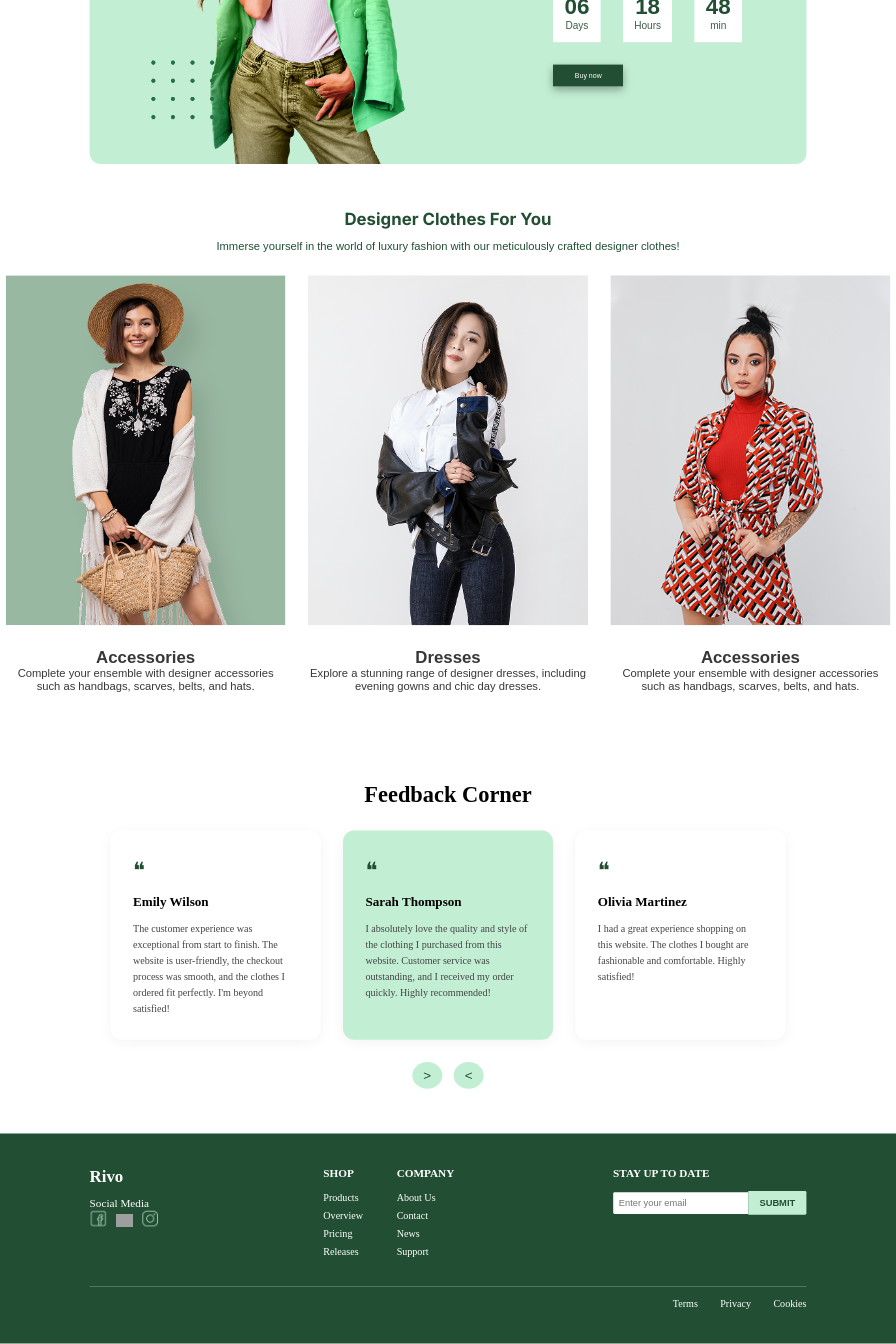
Repository: AdityaTech-Pro/FullStackWithBridgelabz
Page: Assignment6/Frontend-Dev-css/fashionWebsite/index.html
The author's editor kept a copy of each file at every save. The page is drawn from the files as they stood at one save, then again after a run of saves.
The browser window is 1280 px wide. The pictures show the part of the page from y = 3645 to 5565 px (the page is 5565 px tall), at 70% of full size.
Pictures or frames that could not be fetched are drawn as grey boxes.

Above is the page before, as saved 2025-11-04 10:32:19.

### Assignment6/Frontend-Dev-css/fashionWebsite/index.html
<!DOCTYPE html>
<html lang="en">

<head>
    <meta charset="UTF-8">
    <meta name="viewport" content="width=device-width, initial-scale=1.0">
    <title>Document</title>
    <link rel="stylesheet" href="./style.css">

    <!--  Roboto Slab-->
    <link rel="preconnect" href="https://fonts.googleapis.com">
    <link rel="preconnect" href="https://fonts.gstatic.com" crossorigin>
    <link href="https://fonts.googleapis.com/css2?family=Dancing+Script:wght@400..700&family=Inter:ital,opsz,wght@0,14..32,100..900;1,14..32,100..900&family=Michroma&family=Raleway:ital,wght@0,100..900;1,100..900&family=Roboto+Slab:wght@100..900&display=swap"
        rel="stylesheet">



</head>

<body>
    <section class="main-section">
        <nav class="nav-bar">
            <div style="font-family: Elephant; font-size:x-large;">
                Rivo</div>


            <div class="nav-list ">
                <div>
                    HOME
                </div>
                <div>
                    SHOP
                </div>
                <div>
                    FEATURE
                </div>
                <div>
                    CONTACT
                </div>
            </div>


            <div class="nav-buttons">
                <!-- image -->
                <div>
                    <img src="./Asset/Group 1@2x.png" alt="" width="32" height="32">
                </div>
                <button class="login">LOGIN</button>
            </div>
        </nav>
        <!-- left -->

        <div class="hero-section">
            <div class="left-box">
                <div>
                    <h1 style="font-size:50px; letter-spacing: 86;text-align: left; color: #224F34; font-family: Rufina;">Discover and Find Your Own Fashion!</h1>
                </div>
                <div>
                    <p style="line-height: 220%; width: 75%; color: #267D49; font-family: sans-serif;">
                        Explore our curated collection of stylish clothing and accessories tailored to your unique taste.</p>
                </div>
                <div>
                    <button class="explor-buttom">EXPLOR NOW</button>
                </div>
            </div>
            <!-- right -->
            <div class="image-box">
                <img class="dottop-img" src="./Asset/Group 38.png" alt="" width="80px">
                <img class="model-img" src="./Asset/pexels-dima-valkov-6402847 2.png" alt="">
                <img class="dot-img" src="./Asset/Group 38.png" alt="" width="80px">
            </div>

        </div>
    </section>

    <!-- cards collections -->
    <section class="card-section">
        <div class="card-heading">
            <h1 style="padding-bottom: 1rem; ">Best selling</h1>
            <p style="font-family: sans-serif ; color: #224F34;">Get in on the trend with our curated selection of best-selling styles.</p>
        </div>
        <!-- cards  -->
        <div class="all-cards">

            <div class="card">
                <div class="card-img">
                    <img src="./Asset/pexels-dima-valkov-6211621 1.png" style=" background-color: #99b8a2;" alt="">
                </div>
                <!-- info -->
                <div class="card-info">
                    <p>Regular Fit Long Sleeve Top</p>
                    <div style="display: flex; flex-direction: row; justify-content:center;gap:1rem ">
                        <p>$38.99</p>
                        <p>|</p>
                        <div>5.0
                            <img src="./Asset/fi-ss-star.png" alt="" width="14" ; height="14"></div>
                    </div>
                </div>
            </div>

            <div class="card">
                <div class="card-img">
                    <img src="./Asset/pexels-dima-valkov-6211616 (1) 2.png" style=" background-color: #A3CDB5;" alt="">
                </div>
                <!-- info -->
                <div class="card-info">
                    <p>Textured Sunset Shirt</p>
                    <div style="display: flex; flex-direction: row; justify-content:center;gap:1rem ">
                        <p>$49.99</p>
                        <p>|</p>
                        <div>5.0
                            <img src="./Asset/fi-ss-star.png" alt="" width="14" ; height="14"></div>
                    </div>
                </div>
            </div>

            <div class="card">
                <div class="card-img">
                    <img src="./Asset/pexels-dima-valkov-6503007 3.png" style=" background-color: #CBDED3;" alt="">
                </div>
                <!-- info -->
                <div class="card-info">
                    <p>Regular Fit Long Sleeve Top</p>
                    <div style="display: flex; flex-direction: row; justify-content:center;gap:1rem ">
                        <p>$62.99</p>
                        <p>|</p>
                        <div>4.5
                            <img src="/Asset/fi-ss-star.png" alt="" width="14" ; height="14"></div>
                    </div>
                </div>
            </div>
        </div>

        <div style="display: flex; justify-content: center; margin: 3rem;">
            <button class="card-buttom">see all
        <img src="/Asset/Line 2.png" alt=""
        width="10"
        height="5"
        >
    </button>
        </div>
    </section>

    <!-- allproducts list  -->

    <section style="padding-bottom: 6rem;">
        <div class="product-header">
            Our products
        </div>

        <div class="product-list" style="font-family: sans-serif;">
            <div>
                SALE
            </div>
            <div>
                HOT
            </div>
            <div>
                NEW ARRIVAlS
            </div>
            <div>
                ACCESSORIES
            </div>
        </div>
        <!-- all card colecton  -->

        <div class="product-card">
            <div class="pcard">
                <div class="pcard-img">
                    <img src="/Asset/models/pexels-dima-valkov-6402848 1.png" style=" background-color: #CBDED3;" alt="">
                </div>
                <!-- info -->
                <div class="pcard-info">
                    <p>Regular Fit Long Sleeve Top</p>
                    <div style="display: flex; flex-direction: row; justify-content:center;gap:1rem ">
                        <p>$62.99</p>
                        <p>|</p>
                        <div>4.5
                            <img src="/Asset/fi-ss-star.png" alt="" width="14" ; height="14"></div>
                    </div>
                </div>
            </div>

            <div class="pcard">
                <div class="pcard-img">
                    <img src="/Asset/models/pexels-heitor-verdi-7665789 2.png" style=" background-color: #EFF2F3; " alt="">
                </div>
                <!-- info -->
                <div class="pcard-info">
                    <p>Regular Fit Long Sleeve Top</p>
                    <div style="display: flex; flex-direction: row; justify-content:center;gap:1rem ">
                        <p>$62.99</p>
                        <p>|</p>
                        <div>4.5
                            <img src="/Asset/fi-ss-star.png" alt="" width="14" ; height="14"></div>
                    </div>
                </div>
            </div>

            <div class="pcard">
                <div class="pcard-img">
                    <img src="/Asset/models/Frame 4.png" style=" background-color: #CBDED3;" alt="">
                </div>
                <!-- info -->
                <div class="pcard-info">
                    <p>Regular Fit Long Sleeve Top</p>
                    <div style="display: flex; flex-direction: row; justify-content:center;gap:1rem ">
                        <p>$62.99</p>
                        <p>|</p>
                        <div>4.5
                            <img src="/Asset/fi-ss-star.png" alt="" width="14" ; height="14"></div>
                    </div>
                </div>
            </div>

            <div class="pcard">
                <div class="pcard-img">
                    <img src="/Asset/models/pexels-monstera-6311613 (1) 1.png" style=" background-color: #CBDED3;" alt="">
                </div>
                <!-- info -->
                <div class="pcard-info">
                    <p>Regular Fit Long Sleeve Top</p>
                    <div style="display: flex; flex-direction: row; justify-content:center;gap:1rem ">
                        <p>$62.99</p>
                        <p>|</p>
                        <div>4.5
                            <img src="/Asset/fi-ss-star.png" alt="" width="14" ; height="14"></div>
                    </div>
                </div>
            </div>

            <div class="pcard">
                <div class="pcard-img">
                    <img src="/Asset/models/pexels-dima-valkov-6211614 1.png" style=" background-color: #CBDED3;" alt="">
                </div>
                <!-- info -->
                <div class="pcard-info">
                    <p>Regular Fit Long Sleeve Top</p>
                    <div style="display: flex; flex-direction: row; justify-content:center;gap:1rem ">
                        <p>$62.99</p>
                        <p>|</p>
                        <div>4.5
                            <img src="/Asset/fi-ss-star.png" alt="" width="14" ; height="14"></div>
                    </div>
                </div>
            </div>

            <div class="pcard">
                <div class="pcard-img">
                    <img src="/Asset/models/pexels-dima-valkov-6402846 1.png" style=" background-color: #CBDED3;" alt="">
                </div>
                <!-- info -->
                <div class="pcard-info">
                    <p>Regular Fit Long Sleeve Top</p>
                    <div style="display: flex; flex-direction: row; justify-content:center;gap:1rem ">
                        <p>$62.99</p>
                        <p>|</p>
                        <div>4.5
                            <img src="/Asset/fi-ss-star.png" alt="" width="14" ; height="14"></div>
                    </div>
                </div>
            </div>

            <div class="pcard">
                <div class="pcard-img">
                    <img src="/Asset/models/pexels-dima-valkov-6211601 1.png" style=" background-color: #CBDED3;" alt="">
                </div>
                <!-- info -->
                <div class="pcard-info">
                    <p>Regular Fit Long Sleeve Top</p>
                    <div style="display: flex; flex-direction: row; justify-content:center;gap:1rem ">
                        <p>$62.99</p>
                        <p>|</p>
                        <div>4.5
                            <img src="/Asset/fi-ss-star.png" alt="" width="14" ; height="14"></div>
                    </div>
                </div>
            </div>

            <div class="pcard">
                <div class="pcard-img">
                    <img src="/Asset/models/pexels-monstera-6311612 3.png" style=" background-color: #CBDED3;" alt="">
                </div>
                <!-- info -->
                <div class="pcard-info">
                    <p>Regular Fit Long Sleeve Top</p>
                    <div style="display: flex; flex-direction: row; justify-content:center;gap:1rem ">
                        <p>$62.99</p>
                        <p>|</p>
                        <div>4.5
                            <img src="/Asset/fi-ss-star.png" alt="" width="14" ; height="14"></div>
                    </div>
                </div>
            </div>


        </div>
    </section>

    <section class="offer-section">
        <div class="offer-left">
            <div><img src="/Asset/offer/excited-white-girl-bright-stylish-glasses-posing-pink-dreamy-curly-woman-playing-with-her-ginger-hair-laughing 1.png" alt="">
                <img class="dot-offer" src="/Asset/Group 38.png" alt="" width="" height="">
            </div>
        </div>
        <div class="offer-right">
            <div>Exclusive offer</div>
            <div>Unlock the ultimate style upgrade with our exclusive offer Enjoy savings of up to 40% off on our latest New Arrivals</div>
            <div class="offer-time">
                <div>
                    <p>06</p>
                    <p>Days</p>
                </div>
                <div>
                    <p>18</p>
                    <p>Hours</p>
                </div>
                <div>
                    <p>48</p>
                    <p>min</p>
                </div>
            </div>
            <button class="offer-buttom">Buy now</button>
        </div>
    </section>


    <!-- -------------  -->
    <section class="card-section">
        <div class="card-heading">
            <h1 style="padding-bottom: 1rem; ">Designer Clothes For You</h1>
            <p style="font-family: sans-serif ; color: #224F34;">Immerse yourself in the world of luxury fashion with our meticulously crafted designer clothes!</p>
        </div>
        <!-- cards  -->
        <div class="all-cards">

            <div class="card">
                <div class="card-img">
                    <img src="/Asset/diginercloth/elegant-woman-straw-hat-isolated 2.png" style=" background-color: #99b8a2;" alt="">
                </div>
                <!-- info -->
                <div class="card-info " style="color: #373737;">
                    <p style="font-weight: 600; font-size: x-large;">Accessories</p>
                    <p>Complete your ensemble with designer accessories such as handbags, scarves, belts, and hats.</p>
                </div>
            </div>

            <div class="card">
                <div class="card-img">
                    <img src="/Asset/diginercloth/pexels-dima-valkov-6211617 1.png" style=" background-color: #A3CDB5;" alt="">
                </div>
                <!-- info -->
                <div class="card-info" style="color: #373737;">
                    <p style="font-weight: 600;font-size: x-large;">Dresses</p>
                    <p>Explore a stunning range of designer dresses, including evening gowns and chic day dresses.</p>
                </div>
            </div>

            <div class="card">
                <div class="card-img">
                    <img src="/Asset/diginercloth/vknivfu sdkvbjieurg kjvn 1.png" style=" background-color: #CBDED3;" alt="">
                </div>
                <!-- info -->
                <div class="card-info" style="color: #373737;">
                    <p style="font-weight: 600;font-size: x-large; ">Accessories</p>
                    <p>Complete your ensemble with designer accessories such as handbags, scarves, belts, and hats.
                    </p>
                </div>
            </div>
        </div>


    </section>

    <!-- feedback  -->
    <section class="feedback-section">
        <h2>Feedback Corner</h2>
        <div class="feedback-container">

            <div class="feedback-card">
                <p class="quote">❝</p>
                <h3>Emily Wilson</h3>
                <p>The customer experience was exceptional from start to finish. The website is user-friendly, the checkout process was smooth, and the clothes I ordered fit perfectly. I'm beyond satisfied!</p>
            </div>

            <div class="feedback-card active">
                <p class="quote">❝</p>
                <h3>Sarah Thompson</h3>
                <p>I absolutely love the quality and style of the clothing I purchased from this website. Customer service was outstanding, and I received my order quickly. Highly recommended!</p>
            </div>

            <div class="feedback-card">
                <p class="quote">❝</p>
                <h3>Olivia Martinez</h3>
                <p>I had a great experience shopping on this website. The clothes I bought are fashionable and comfortable. Highly satisfied!</p>
            </div>

        </div>

        <div class="feedback-nav">
            <button class="nav-btn">></button>
            <button class="nav-btn">< </button>
        </div>
    </section>

    <!-- Footer Section -->
    <footer class="footer">
        <div class="footer-content">

            <div class="footer-left">
                <h3>Rivo</h3>
                <p>Social Media</p>
                <div class="social-icons">
                    <a href="#"><img src="./Asset/symbols/Facebook.png" alt="Facebook"></a>
                    <a href="#"><img src="/" alt="Twitter"></a>
                    <a href="#"><img src="/Asset/symbols/Instagram.png" alt="Instagram"></a>
                </div>
            </div>

            <div class="footer-mid">
                <div>
                    <h4>SHOP</h4>
                    <ul>
                        <li><a href="#">Products</a></li>
                        <li><a href="#">Overview</a></li>
                        <li><a href="#">Pricing</a></li>
                        <li><a href="#">Releases</a></li>
                    </ul>
                </div>

                <div>
                    <h4>COMPANY</h4>
                    <ul>
                        <li><a href="#">About Us</a></li>
                        <li><a href="#">Contact</a></li>
                        <li><a href="#">News</a></li>
                        <li><a href="#">Support</a></li>
                    </ul>
                </div>
            </div>

            <div class="footer-right">
                <h4>STAY UP TO DATE</h4>
                <div class="subscribe-box">
                    <input type="email" placeholder="Enter your email">
                    <button>SUBMIT</button>
                </div>
            </div>
        </div>

        <div class="footer-bottom">
            <p>Terms</p>
            <p>Privacy</p>
            <p>Cookies</p>
        </div>
    </footer>

</body>

</html>

Loaded but not shown: Assignment6/Frontend-Dev-css/fashionWebsite/style.css (430 lines, source omitted)

After the next 4 saves:
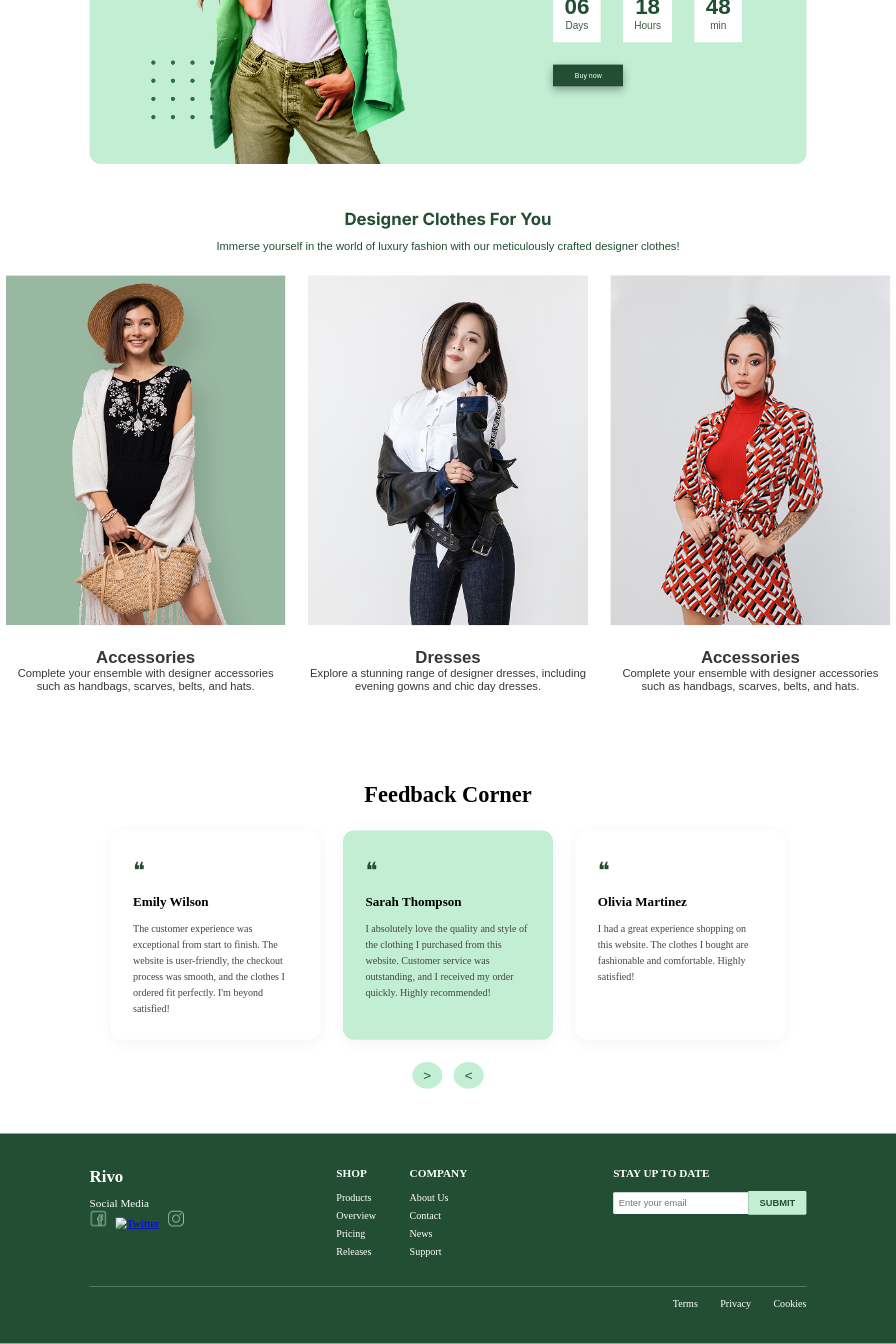
The 4 saves are shown as one change because they came seconds apart.
The last was saved 15 s later.
--- a/Assignment6/Frontend-Dev-css/fashionWebsite/index.html
+++ b/Assignment6/Frontend-Dev-css/fashionWebsite/index.html
@@ -412,7 +412,7 @@
                 <p>Social Media</p>
                 <div class="social-icons">
                     <a href="#"><img src="./Asset/symbols/Facebook.png" alt="Facebook"></a>
-                    <a href="#"><img src="/" alt="Twitter"></a>
+                    <a href="#"><img src="." alt="Twitter"></a>
                     <a href="#"><img src="/Asset/symbols/Instagram.png" alt="Instagram"></a>
                 </div>
             </div>
